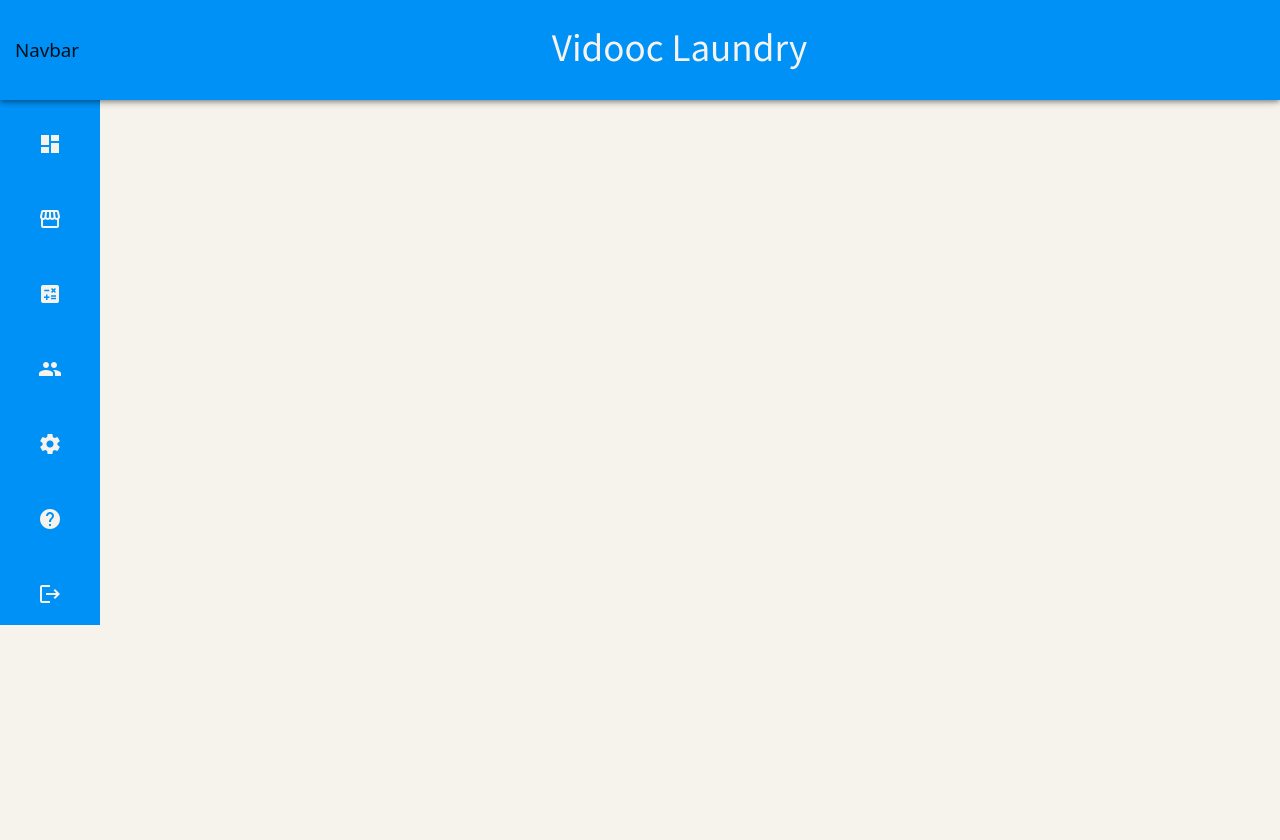
Repository: latenightsnacc/AllinOne
Page: Design/profile.html
An editor plug-in stored every save of this project. The page is shown before and after the next save, followed by the edit.
The browser window is 1280 px wide. The pictures show the whole page.
The style sheet was rebuilt from its Sass, Less or Tailwind sources for each picture, by a compiler version that may differ from the author's.

Above is the page before, as saved 2020-09-17 09:25:49.

### Design/profile.html
<!DOCTYPE html>
<html lang="en">
<head>
    <meta charset="UTF-8">
    <meta name="viewport" content="width=device-width, initial-scale=1.0">
    <!--Icons-->
    <link href="https://fonts.googleapis.com/icon?family=Material+Icons" rel="stylesheet">
    <!-- Compiled and minified CSS -->
    <link rel="stylesheet" href="https://cdnjs.cloudflare.com/ajax/libs/materialize/1.0.0/css/materialize.min.css">
    <link rel="stylesheet" href="https://stackpath.bootstrapcdn.com/bootstrap/5.0.0-alpha1/css/bootstrap.min.css" integrity="sha384-r4NyP46KrjDleawBgD5tp8Y7UzmLA05oM1iAEQ17CSuDqnUK2+k9luXQOfXJCJ4I" crossorigin="anonymous">
    <!--Custom css-->
    <link rel="stylesheet" href="sidebar.css">
    <title>Dashboard</title>
</head>
<body>
    <!--Navbar-->
    <nav class="navbar fixed-top navbar-light bg-light blue-nav z-depth-2">
        <div class="container-fluid">
          <a class="navbar-brand">Navbar</a>
            <div class="welcome-box text-center">
                <h1 class="biz-title">Vidooc Laundry</h1>
            </div>
        </div>
    </nav>

    <!--Sidebar-->
    <div class="side-bar">
        <ul>
          <li>
            <a href="#" class="sidebar-icon active">
                <i class=" material-icons">dashboard</i>
            </a>

          </li>
          <li>
            <a href="#" class="sidebar-icon">
                <i class=" material-icons">storefront</i>
            </a>
          </li>
          <li>
            <a href="#" class="sidebar-icon">
                <i class=" material-icons">calculate</i>
            </a>
          </li>
          <li>
            <a href="#" class="sidebar-icon">
                <i class=" material-icons">people</i>
            </a>
          </li>
          <li>
            <a href="#" class="sidebar-icon">
                <i class=" material-icons">settings</i>
            </a>
          </li>
          <li>
            <a href="#" class="sidebar-icon">
                <i class=" material-icons">help</i>
            </a>
          </li>
          <li>
            <a href="login.html" class="sidebar-icon">
                <i class=" material-icons">logout</i>
            </a>
          </li>
        </ul>
    </div>

    <div class="wrapper " >
        <div class="content"></div>
    </div>

    <script src="https://cdn.jsdelivr.net/npm/popper.js@1.16.0/dist/umd/popper.min.js" integrity="sha384-Q6E9RHvbIyZFJoft+2mJbHaEWldlvI9IOYy5n3zV9zzTtmI3UksdQRVvoxMfooAo" crossorigin="anonymous"></script>
    <script src="https://stackpath.bootstrapcdn.com/bootstrap/5.0.0-alpha1/js/bootstrap.min.js" integrity="sha384-oesi62hOLfzrys4LxRF63OJCXdXDipiYWBnvTl9Y9/TRlw5xlKIEHpNyvvDShgf/" crossorigin="anonymous"></script>
</body>
</html>

### Design/sidebar.scss
@import 'variables';

*{
    margin: 0;
    padding: 0;
    box-sizing: border-box;
    list-style: none;
    a {
        text-decoration: none;

    }
    &:before,&:after {
        box-sizing: border-box;
    }
    :after {
        content: "";
    }
}

body, html {
    background: $grey;
    overflow-x: hidden;
}
.wrapper {
    min-height:100vh;
    margin-left: 100px;
    margin-top: 120px;

}
.cardNew{
    display: flex;
    flex-direction: column;
    align-items: center;
    justify-content: center;
    width: 250px;
    height: 250px;
    position: relative;
    background-color: $grey;


    .card-content{
        color: $blue2;

    }

    .card-top {
        position: absolute;
        top:-60px;
        left: 75px;
        width: 100px;
        height: 100px;
        background-color: $blue2;
        display: flex;
        align-items: center;
        justify-content: center;
        font-size: 30px;
        color: $grey;


    }

    &:hover {
        box-shadow: $bsGrey;
        border-radius: $borderR;
    }

}
.card-title {
    font-family: $fontNoto;
    font-size: 20px;
    color: black;
}
.biz-title {
    font-family: $fontNoto;
    font-size: 35px;
    color: $grey;
}

.blue-nav {
    height: 100px;
    background-color: $blue2 !important;
}

a.sidebar-icon {
    color: $grey;
    font-size: 50px;
}
.side-bar {
    float: left;
	position: fixed;
	top: 200;
    left: 0;
    background: transparent;
    margin-top: 100px;
}

.side-bar ul {
	text-align: center;
}

.side-bar ul li {
	position: relative;
  width: 100px;
  cursor: pointer;
	background: $blue2;
	text-transform: uppercase;
	transition:all .4s ease-out;
}

.side-bar ul li:after {
	position: absolute;
	background: $grey;
	color: $blue2;
	top:0;
	left: 100px;
	width: 100px; height: 100%;
  opacity:.5;
  transform: perspective(400px) rotateY(90deg);
	transform-origin: 0 100%;
	transition:all .4s ease-out;
}

.side-bar ul li:nth-child(1):after {
    display: flex;
    align-items: center;
    justify-content: center;
    content: "Dashboard";
	line-height: 88px;
}
.side-bar ul li:nth-child(2):after {
    content: "Profile";
    display: flex;
    align-items: center;
    justify-content: center;
	line-height: 88px;
}
.side-bar ul li:nth-child(3):after {
    display: flex;
    align-items: center;
    justify-content: center;
	content: "Finance";
	line-height: 85px;
}
.side-bar ul li:nth-child(4):after {
    display: flex;
    align-items: center;
    justify-content: center;
	content: "CMS";
	line-height: 70px;
}
.side-bar ul li:nth-child(5):after {
    display: flex;
    align-items: center;
    justify-content: center;
	content: "Settings";
	line-height: 70px;
}
.side-bar ul li:nth-child(6):after {
    display: flex;
    align-items: center;
    justify-content: center;
	content: "Help";
	line-height: 70px;
}

.side-bar ul li:hover {
	transform: translateX(-100px);
}

.side-bar ul li:hover:after {
  opacity: 1;
	transform: perspective(400px) rotateY(0deg) scale(1) ;
}


.side-bar ul li > div {
	display: inline-block;
	padding: 25px 0;
	background: transparent;
}

.side-bar ul li div { position: relative; }

### Design/_variables.scss
@import url('https://fonts.googleapis.com/css2?family=Roboto+Mono&display=swap');
@import url('https://fonts.googleapis.com/css2?family=Noto+Sans+HK:wght@100;400&display=swap');

$fontRoboto: 'Roboto Mono', monospace;
$fontNoto: 'Noto Sans HK', sans-serif;
$blue: #55b9f3;
$blue2: #0091f7;
$white: #fff;
// $grey: #bdcfe5;
$grey: #f6f3ed;
$borderR: 50px;
$dark: black;
$Brb: 50px;
$bsGrey:  -30px -30px 60px #d1cfc9,
30px 30px 60px #ffffff;
$bsBlue:  -30px -30px 60px #489dcf,
30px 30px 60px #62d5ff;;

After the next save:
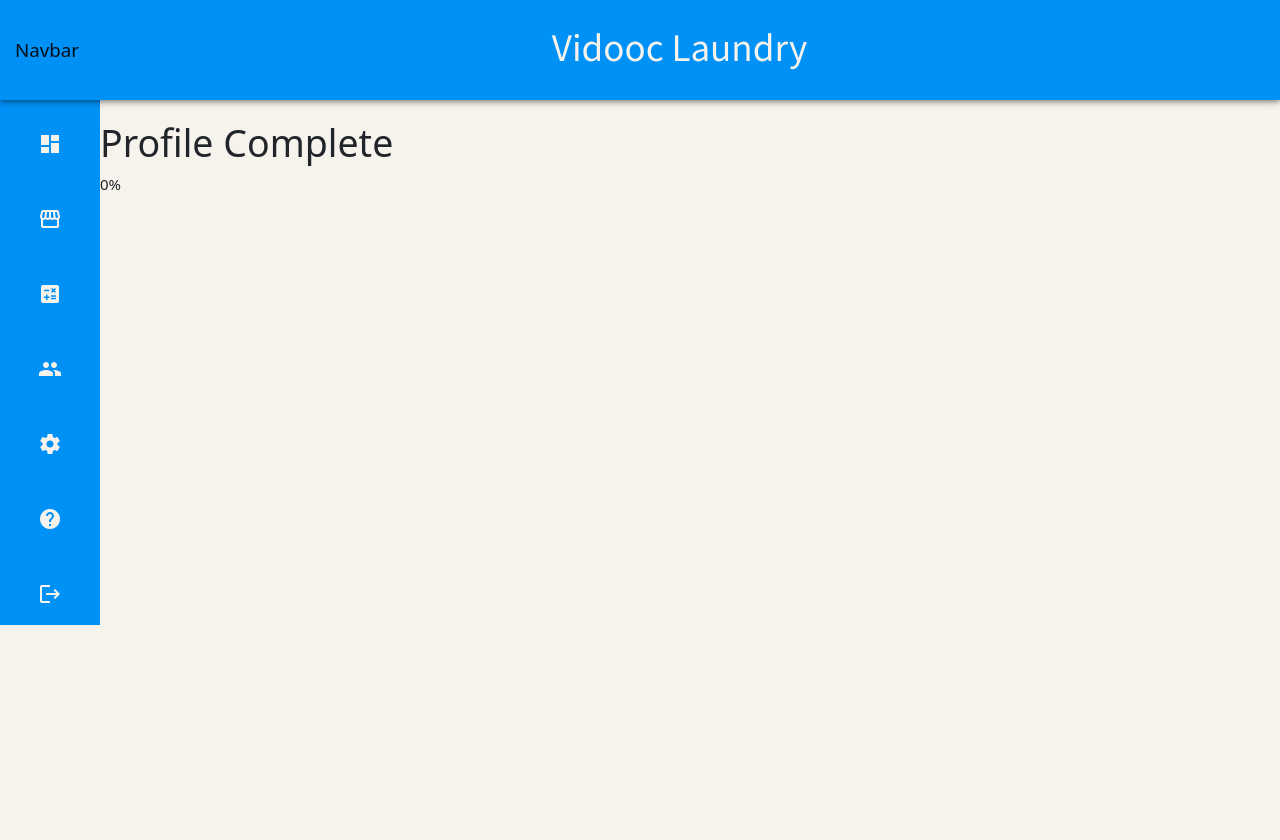
Saved 2 min 1 s later.
--- a/Design/profile.html
+++ b/Design/profile.html
@@ -10,7 +10,7 @@
     <link rel="stylesheet" href="https://stackpath.bootstrapcdn.com/bootstrap/5.0.0-alpha1/css/bootstrap.min.css" integrity="sha384-r4NyP46KrjDleawBgD5tp8Y7UzmLA05oM1iAEQ17CSuDqnUK2+k9luXQOfXJCJ4I" crossorigin="anonymous">
     <!--Custom css-->
     <link rel="stylesheet" href="sidebar.css">
-    <title>Dashboard</title>
+    <title>Business Profile</title>
 </head>
 <body>
     <!--Navbar-->
@@ -27,13 +27,13 @@
     <div class="side-bar">
         <ul>
           <li>
-            <a href="#" class="sidebar-icon active">
+            <a href="dashboard.html" class="sidebar-icon">
                 <i class=" material-icons">dashboard</i>
             </a>
 
           </li>
           <li>
-            <a href="#" class="sidebar-icon">
+            <a href="#" class="sidebar-icon active">
                 <i class=" material-icons">storefront</i>
             </a>
           </li>
@@ -66,7 +66,9 @@
     </div>
 
     <div class="wrapper " >
-        <div class="content"></div>
+        <div class="content">
+          <h1>Profile Complete</h1> <span>0%</span>
+        </div>
     </div>
 
     <script src="https://cdn.jsdelivr.net/npm/popper.js@1.16.0/dist/umd/popper.min.js" integrity="sha384-Q6E9RHvbIyZFJoft+2mJbHaEWldlvI9IOYy5n3zV9zzTtmI3UksdQRVvoxMfooAo" crossorigin="anonymous"></script>
